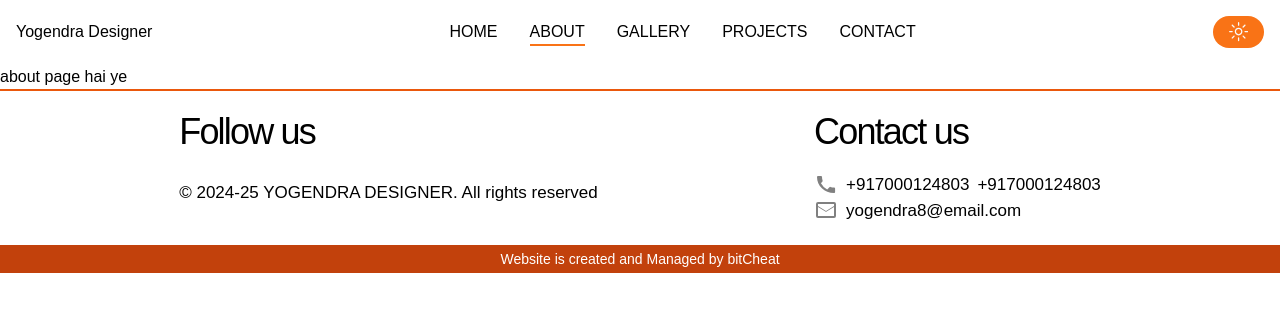
Repository: hitoutvrma/MB_designs-Interior-Designing-website
Page: /about
An editor plug-in stored every save of this project. The page is shown before and after the next save, followed by the edit.
The browser window is 1280 px wide. The pictures show the whole page.
The project was rebuilt for these pictures with package versions that can differ from the ones it lists, and the page was loaded fresh each time. The framework's server and built-in components were replaced by stand-ins that run in the browser. Also part of the build but not shown: next.config.mjs.

Above is the page before, as saved 2024-09-16 19:44:57.

After the next save:
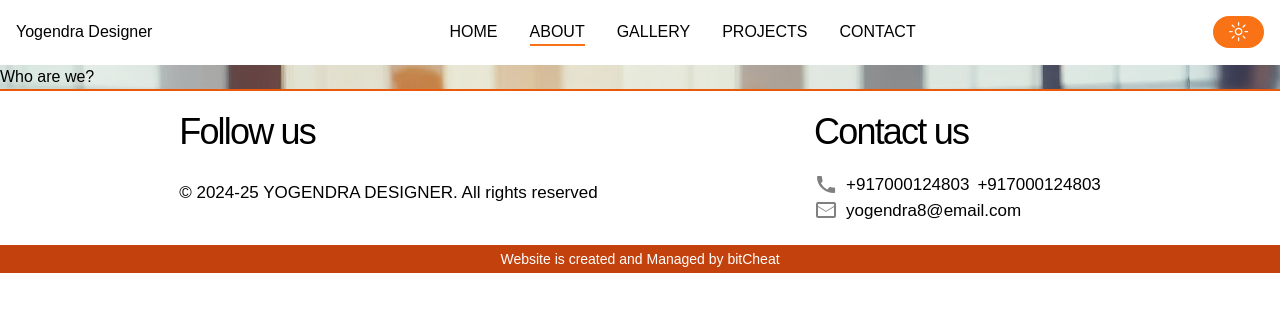
Saved 44 min 44 s later.
--- a/app/about/page.jsx
+++ b/app/about/page.jsx
@@ -3,7 +3,9 @@ import React from 'react'
 const page = () => {
   return (
     <div>
-      about page hai ye
+      <div className="bg-[url('/image/whoweare.jpg')] bg-center bg-cover">
+        <h1>Who are we?</h1>
+      </div>
     </div>
   )
 }
